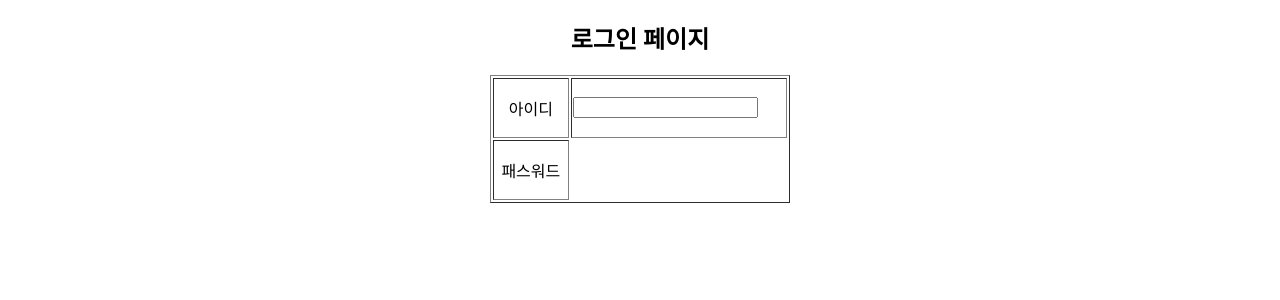
Repository: SuperHamzzi/JSPStudy
Page: http://localhost/JSP01/RequestLogin.jsp
These files come from the project's save history. The page is drawn as it stood at one moment and after the next save; the edit follows.
The browser window is 1280 px wide. The pictures show the whole page.
The page is served by Tomcat 9.

Above is the page before, as saved 2023-06-04 08:26:26.

After the next save:
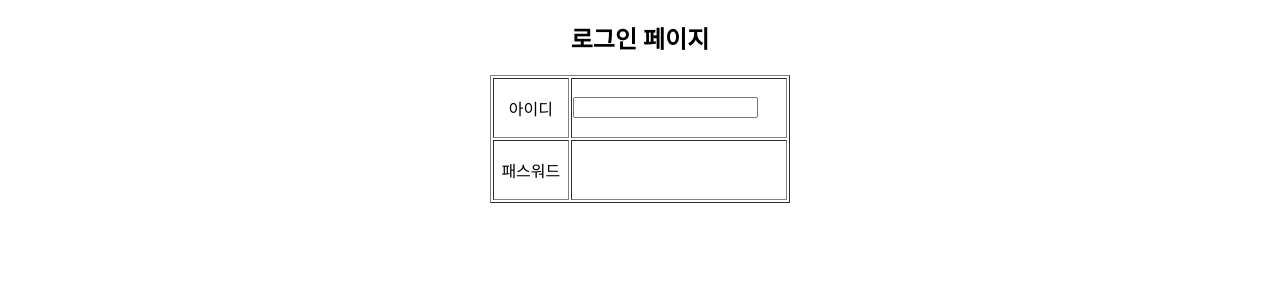
Saved 29 s later.
--- a/JSP01/WebContent/RequestLogin.jsp
+++ b/JSP01/WebContent/RequestLogin.jsp
@@ -20,6 +20,9 @@
 	</tr>
 	<tr height="60">
 		<td align="center" width="150">패스워드</td>
+		<td align="left" width="250">
+			<input type="text" name="password>
+		</td>
 	</tr>
 
 	</table>
